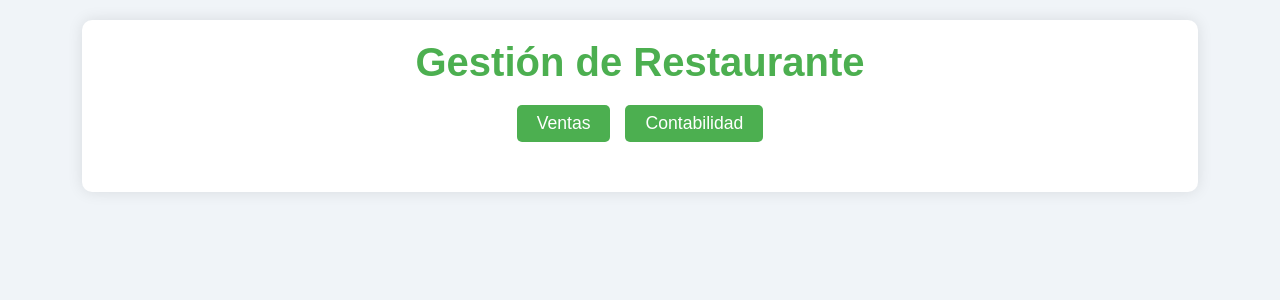
Repository: ElyulienUwU/Ingenieria_De_Software-Hamburguesas-
Page: index.html
The author's editor kept a copy of each file at every save. The page is drawn from the files as they stood at one save, then again after the next save.
The browser window is 1280 px wide. The pictures show the whole page.

Above is the page before, as saved 2025-05-01 17:58:27.
Console error: TypeError: Cannot read properties of null (reading 'classList')

After the next save:
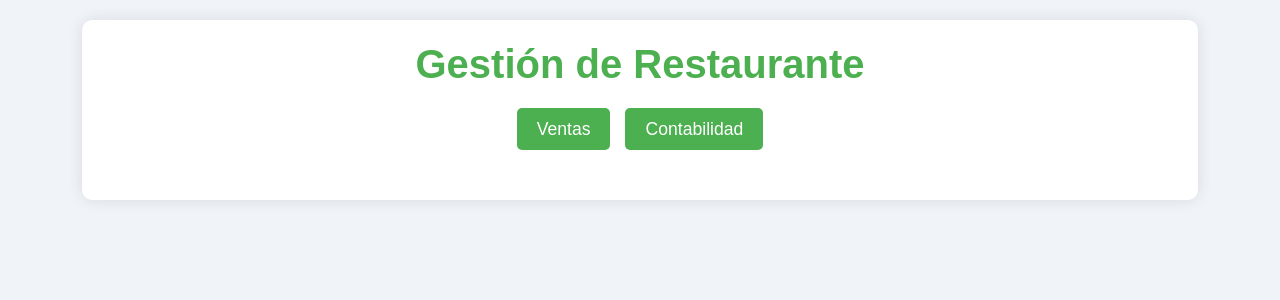
Saved 4 min 57 s later.
--- a/index.html
+++ b/index.html
@@ -5,6 +5,7 @@
     <meta charset="UTF-8">
     <meta name="viewport" content="width=device-width, initial-scale=1.0">
     <title>Gestión de Restaurante</title>
+    <link href="https://cdn.jsdelivr.net/npm/bootstrap@5.3.0/dist/css/bootstrap.min.css" rel="stylesheet">
     <link rel="stylesheet" href="style.css">
 </head>
 
